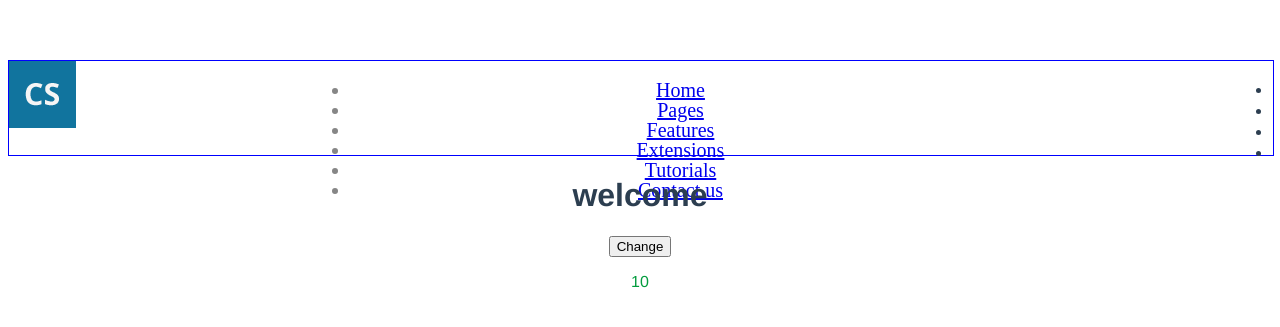
Repository: joker506/Creatives
Page: /
The author's editor kept a copy of each file at every save. The page is drawn from the files as they stood at one save, then again after the next save.
The browser window is 1280 px wide. The pictures show the whole page.
The project was rebuilt for these pictures with package versions that can differ from the ones it lists, and the page was loaded fresh each time.

Above is the page before, as saved 2020-03-29 16:26:25.

After the next save:
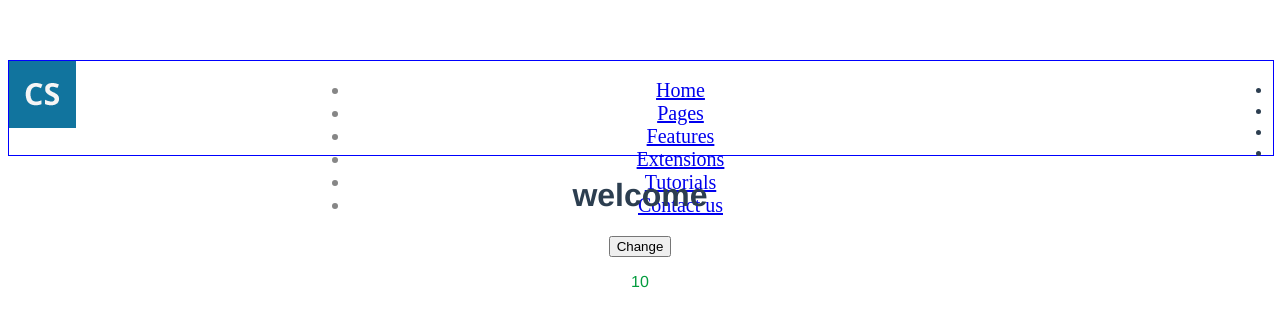
Saved 36 s later.
--- a/src/components/HeaderApp.vue
+++ b/src/components/HeaderApp.vue
@@ -81,11 +81,10 @@ export default {
 
 }
 .main-nav__items{
-
+ width: 659px;
+height: 20px;
 }
 .item{
-    width: 659px;
-height: 20px;
 color: #ffffff;
 font-family: "Myriad Pro";
 font-size: 20px;
